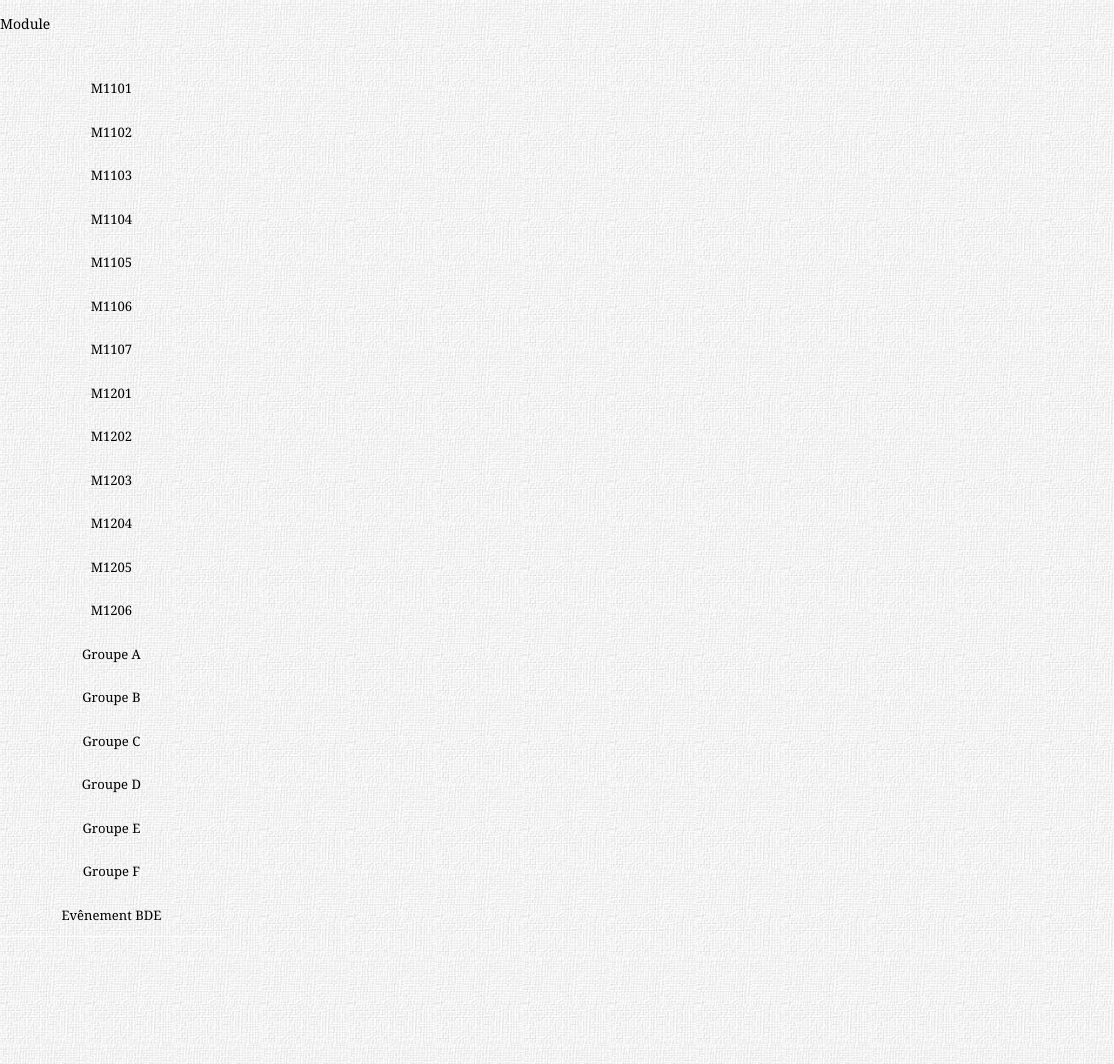
Repository: ValentinArg/PETUT
Page: http://localhost/PETUT/WEB-INF/jsp/eleve/semestre1.jsp
The author's editor kept a copy of each file at every save. The page is drawn from the files as they stood at one save, then again after the next save.
The browser window is 1280 px wide. The pictures show the whole page, at 87% of full size.
Some web libraries are served in a nearby version. The page is served by Tomcat 9. Nobody is signed in. Other server files are loaded and not shown. The template is opened directly, without the code that normally fills it, so the values that code supplies are empty.

Above is the page before, as saved 2016-10-02 10:29:44.

### PETUT/WebContent/WEB-INF/jsp/eleve/semestre1.jsp
<%@ page language="java" contentType="text/html; charset=ISO-8859-1"
    pageEncoding="ISO-8859-1"%>
<!DOCTYPE html PUBLIC "-//W3C//DTD HTML 4.01 Transitional//EN" "http://www.w3.org/TR/html4/loose.dtd">
<html>
<head>
<meta http-equiv="Content-Type" content="text/html; charset=ISO-8859-1">
<link rel ="stylesheet" href = "/PETUT/css/main.css"/>
<link rel ="stylesheet" href = "/PETUT/css/allSemestres.css"/>
<title>Insert title here</title>
</head>
<body>


	<jsp:include page="../enTete.jsp"/>
	<div class="navigation" id="navigation">
		<ul>
			<li class="parent" id="parent1"><p class="module">M1101</p></li>
			<li class="parent" id="parent2"><p class="module">M1102</p></li>
			<li class="parent" id="parent1"><p class="module">M1103</p></li>
			<li class="parent" id="parent2"><p class="module">M1104</p></li>
			<li class="parent" id="parent1"><p class="module">M1105</p></li>
			<li class="parent" id="parent2"><p class="module">M1106</p></li>
			<li class="parent" id="parent1"><p class="module">M1107</p></li>
			<li class="parent" id="parent2"><p class="module">M1201</p></li>
			<li class="parent" id="parent1"><p class="module">M1202</p></li>
			<li class="parent" id="parent2"><p class="module">M1203</p></li>
			<li class="parent" id="parent1"><p class="module">M1204</p></li>
			<li class="parent" id="parent2"><p class="module">M1205</p></li>
			<li class="parent" id="parent1"><p class="module">M1206</p></li>
			<li class="parent" id="parent1"><p class="module">Groupe A</p></li>
			<li class="parent" id="parent2"><p class="module">Groupe B</p></li>
			<li class="parent" id="parent1"><p class="module">Groupe C</p></li>
			<li class="parent" id="parent2"><p class="module">Groupe D</p></li>
			<li class="parent" id="parent1"><p class="module">Groupe E</p></li>
			<li class="parent" id="parent2"><p class="module">Groupe F</p></li>
			<li class="parent" id="parent1"><p class="module">Evênement BDE</p></li>

		</ul>

	</div>
	<div class="conteneurGeneral" id="conteneurGeneral">

	</div>
	<script type="text/javascript">

		var haut = false
		function slideUp(){
			if(!haut){
				//$('#navigation').slideUp(250);
				$('#navigation').animate({top:"-=100%"},500)
				haut = true;
			}else{
				$('#navigation').animate({top:"+=100%"},500)
				haut = false;
			}
		}




		$( '#boutonHautBas' ).click(function(){
			slideUp()});
	</script>
</body>
</html>

### PETUT/WebContent/WEB-INF/jsp/enTete.jsp
<%@ page language="java" contentType="text/html; charset=ISO-8859-1"
    pageEncoding="ISO-8859-1"%>
<!DOCTYPE html PUBLIC "-//W3C//DTD HTML 4.01 Transitional//EN" "http://www.w3.org/TR/html4/loose.dtd">
<html>
<head>
	<meta http-equiv="Content-Type" content="text/html; charset=ISO-8859-1">
	<title>Insert title here</title>
	<link rel ="stylesheet" href = "/PE2I/css/main.css"/>
	<script src="https://code.jquery.com/jquery-1.12.4.js"></script>
  	<script src="https://code.jquery.com/ui/1.12.1/jquery-ui.js"></script>

</head>
<body>
	<div class=enTete>
		<p class="boutonHautBas" id="boutonHautBas">Module</p>
		<ul class="nav" id="nav">
			<c:forEach var="forum" items="${listeForum}">
				<li class=" partie"><a class="forum" id="${forum.id}"><c:out value="${forum.nom}"/></a></li>
			</c:forEach>
			<!-- <li class="partie" id="banniere"><a>PETUT</a></li>-
			<li class=" partie"><a class="forum" id="1">Cours</a></li>
			<li class="partie"><a class="forum" id="2">Travaux Dirigées</a></li>
			<li class="partie"><a class="forum" id="3">Travaux Pratiques</a></li>
			<li class="partie"><a class="forum" id="4">Partiels</a></li>
			<li class="partie"><a>Mon Compte</a></li>-->
		</ul>
	</div>

</body>
</html>

### PETUT/WebContent/css/main.css
@CHARSET "ISO-8859-1";

@CHARSET "UTF-8";
/* Général ------------------------------------------------------------------------------------- */

html {
  height: 100%;
  box-sizing: border-box;
}

*,
*:before,
*:after {
  box-sizing: inherit;
}

body {
	background-image : url(../images/fond.jpg);
	position: relative;
 	margin: 0;
  padding-bottom: 6rem;
  min-height: 100%;
}

body,p,legend, label, input {
    font: normal 8pt;
    font-family:  Georgia, serif;
}

header img {
	width:470px;
	display:inline;
}
header .logoiut{
	height:135px;
	width:215px;
}
header{

	height:135px;
	margin-left:auto;
	margin-right:auto;
	background-image : url(../images/fondbanniere.jpg);
	width:85%;
	min-width:880px;
}
nav {
	width:85%;
	min-width:880px;
	margin-left:auto;
	margin-right:auto;
	text-align:left;

}
.general{
	width:85%;
	min-width:880px;
	margin-left:auto;
	margin-right:auto;
	background-image:url(../images/fondgeneral.jpg);
	padding-top:30px;
	padding-bottom:10px;
	min-height:69vh;
	margin-bottom:-24px;
}
footer {
	width:85%;
	min-width:880px;
	margin-left:auto;
	margin-right:auto;
	font-size:80%;
	position: absolute;
  	right: 0;
  	bottom: 0;
  	left: 0;
  	padding: 1rem;
  	margin-top:0;
	background-image:url(../images/fondgeneral.jpg);
}

### PETUT/WebContent/css/allSemestres.css
.parent{

	list-style:none;
	font-size:15px;
	cursor:pointer;
	width:100%;
	display:inline-block;

}

.navigation ul{
	width:100%;
	display:inline-block;

}




ul{
	margin:0;
	padding:0;
}

.ue {

	border-top:solid 1px white;
	display:block;
	padding:10px;
	text-align:center;
	background-color:#4CAF50;
	margin:0;
}

.ue:hover{
	color:white;
}

.module p{

	border:none;
	border-bottom:solid 1px white;
	display: block;
	padding:10px;
	text-align:center;
	background-color:#333;
	margin:0;


}

.module p:hover{
	color:white;
	cursor:pointer;
}

.semestres{
	background-color:#4CAF50;

}

a{
	cursor:pointer;
}





body{

	margin:0;
	padding:0;
}



.navigation{

	display:inline-block;
	list-style : none;
	margin:0;
	padding:0;
	position: relative;
	z-index:5;
	width:20%;
	border-bottom:solid 1px white;
	text-align:center;
	height:95.5%;
	max-height:95.3%;
	overflow: auto;


}

.conteneurGeneral{
	text-align:justify;
	display:inline-block;
	height:100%;
	position:relative;
	width: 80%;
	margin:0;
	margin-left:20%;
	padding:0;
	margin-top:50px;
	vertical-align:top;

}

.selection{
	display:block;
	vertical-align:top;
	list-style : none;
	margin:0;
	background: Grey;
	z-index:5;
	height:4.7%;
	border-bottom:solid 1px white;
	text-align: center;

}



.type {
	display: inline-block;
	padding:8px;
	font-size:20px;
	height:20px;
	vertical-align:top;
	width:20%;

}

.type p {
	margin:0;
	padding:0;
	color:white;
	cursor:pointer;
}

.type:hover{
	background:#333;

}

.tableauTopic{
	text-align: center;
	position:relative;
	display:block;

}

After the next save:
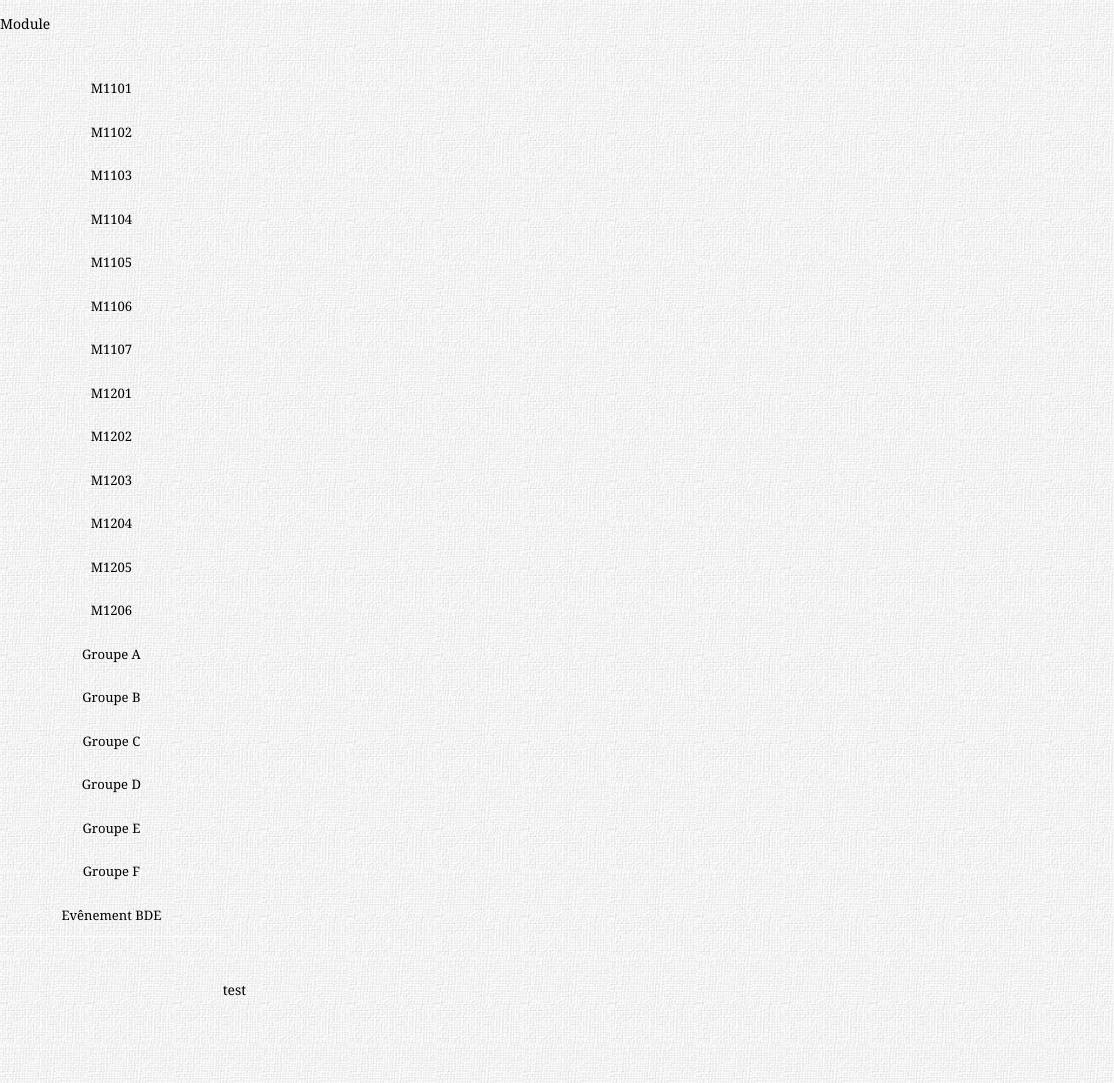
Saved 14 min 23 s later.
--- a/PETUT/WebContent/WEB-INF/jsp/eleve/semestre1.jsp
+++ b/PETUT/WebContent/WEB-INF/jsp/eleve/semestre1.jsp
@@ -39,7 +39,7 @@
 
 	</div>
 	<div class="conteneurGeneral" id="conteneurGeneral">
-
+		test
 	</div>
 	<script type="text/javascript">
 

After the save that followed:
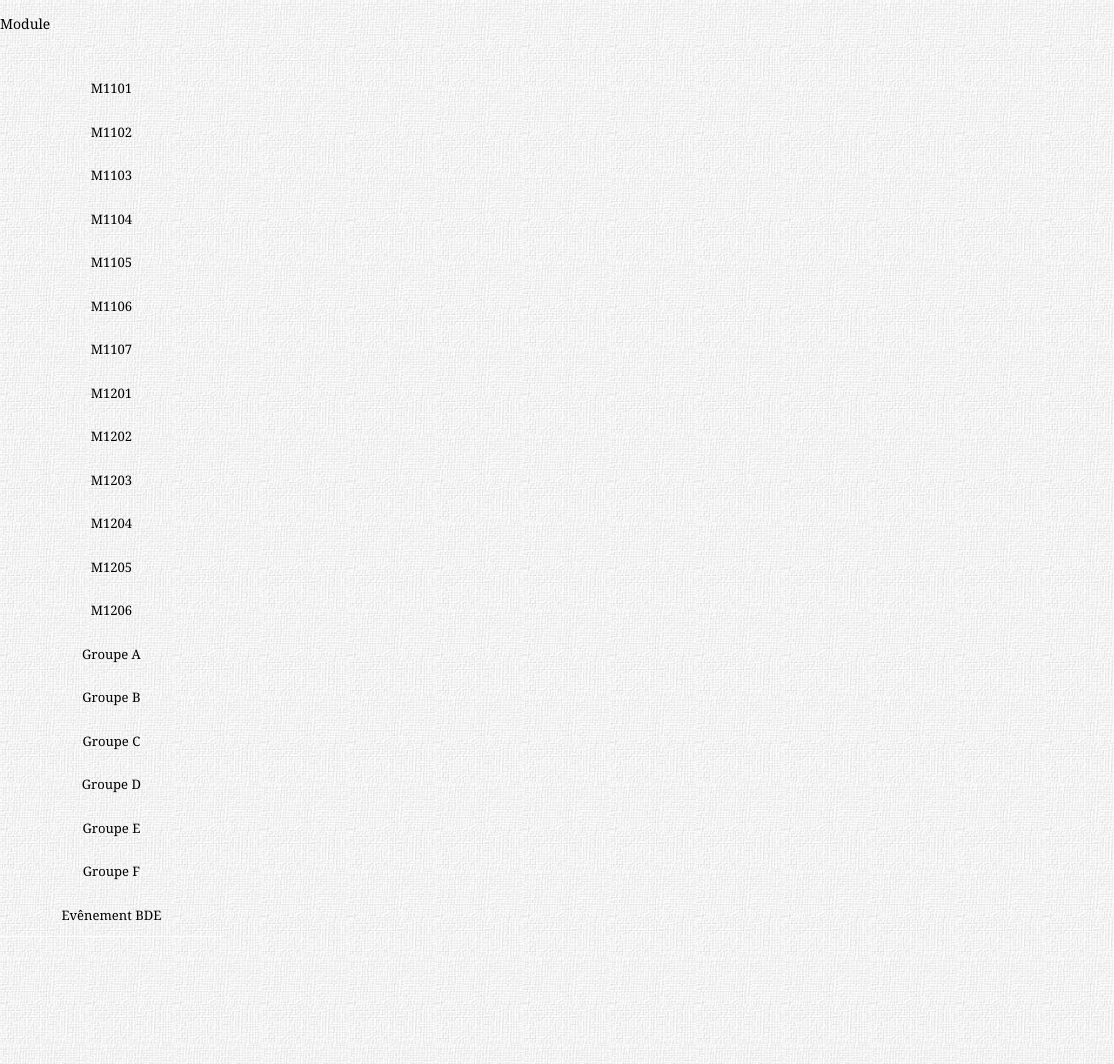
Saved 10 s later.
--- a/PETUT/WebContent/WEB-INF/jsp/eleve/semestre1.jsp
+++ b/PETUT/WebContent/WEB-INF/jsp/eleve/semestre1.jsp
@@ -39,7 +39,7 @@
 
 	</div>
 	<div class="conteneurGeneral" id="conteneurGeneral">
-		test
+
 	</div>
 	<script type="text/javascript">
 
